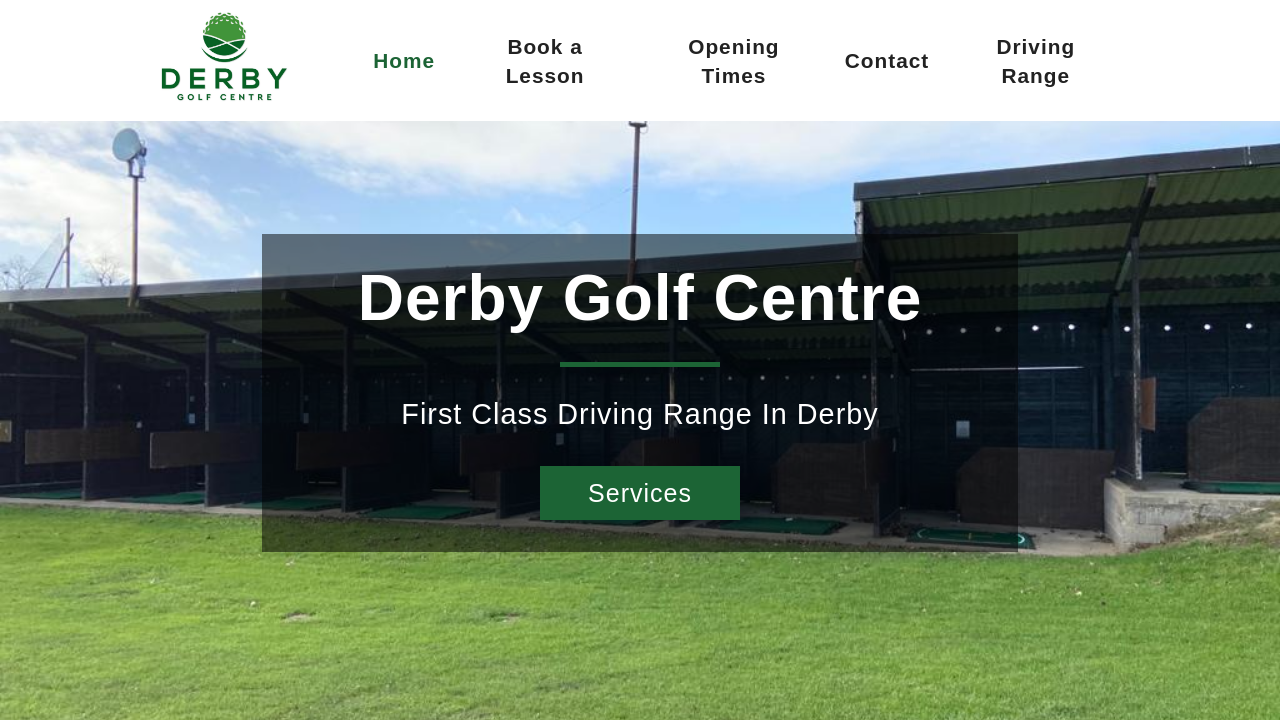
Repository: frankinstyyn/nigeljamesconsulting
Page: /
An editor plug-in stored every save of this project. The page is shown before and after the next save, followed by the edit.
The browser window is 1280 px wide. The pictures show the whole page.
The pointer rests on the first visible `.nav-links a`.
Some web fonts or font styles are not loaded; a fallback is used. The project was rebuilt for these pictures with package versions that can differ from the ones it lists, and the page was loaded fresh each time. Also part of the build but not shown: src/pages/Rooms.js, src/pages/SingleRoom.js, src/pages/Error.js.

Above is the page before, as saved 2021-01-07 22:12:28.

After the next save:
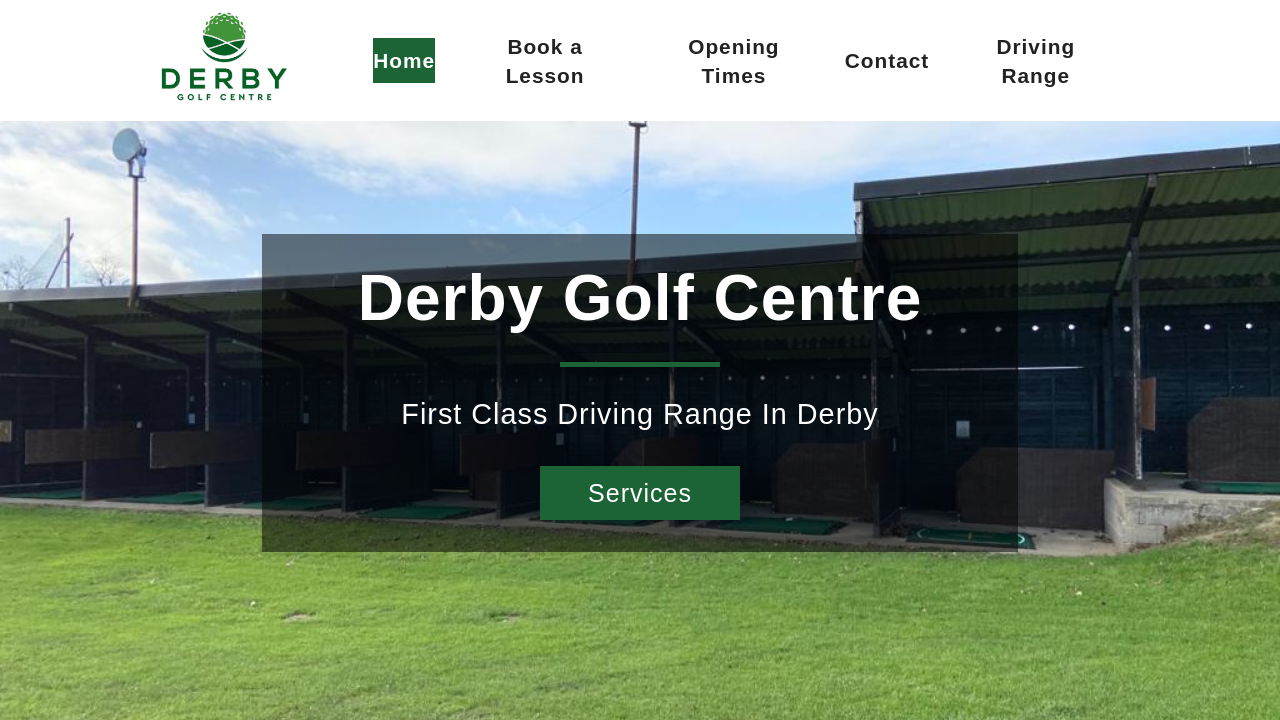
Saved 9 min 53 s later.
--- a/src/App.css
+++ b/src/App.css
@@ -140,7 +140,8 @@
   letter-spacing: var(--mainSpacing);
 }
 .nav-links a:hover {
-  color: var(--primaryColor);
+  color: var(--mainWhite);
+  background-color: var(--primaryColor);
 }
 
 .show-nav {
